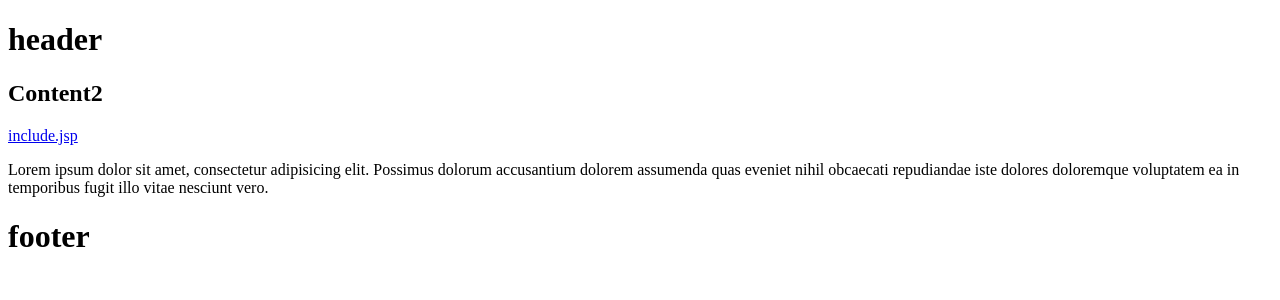
Repository: rlwi440/KH-Backend
Page: http://localhost/01_helloweb/jsp/another.jsp
An editor plug-in stored every save of this project. The page is shown before and after the next save, followed by the edit.
The browser window is 1280 px wide. The pictures show the whole page.
The page is served by Tomcat 9. Other server files are loaded and not shown.

Above is the page before, as saved 2021-03-24 12:38:04.

### Web_server/web_server_Workspace/01_helloweb/WebContent/jsp/another.jsp
<%@ page language="java" contentType="text/html; charset=UTF-8"
    pageEncoding="UTF-8"%>
<%@ include file="/jsp/header.jsp" %>

		<h1>Content2</h1>
		<a href="/web/jsp/include.jsp">include.jsp</a>
		<p>Lorem ipsum dolor sit amet, consectetur adipisicing elit. Possimus dolorum accusantium dolorem assumenda quas eveniet nihil obcaecati repudiandae iste dolores doloremque voluptatem ea in temporibus fugit illo vitae nesciunt vero.</p>

<%@ include file="/jsp/footer.jsp" %>

<!DOCTYPE html>
<html>
<head>
<meta charset="UTF-8">
<title>Insert title here</title>
</head>
<body>
</body>
</html>

### Web_server/web_server_Workspace/01_helloweb/WebContent/jsp/header.jsp
<%@ page language="java" contentType="text/html; charset=UTF-8"
    pageEncoding="UTF-8"%>
    <%
	String name = "배기원";
%>
    <!--header.jsp시작  -->
<!DOCTYPE html>
<html>
<head>
<meta charset="UTF-8">
<title>JSP </title>
<script src="http://code.jquery.com/jquery-latest.js"></script>
</head>
<body>
	<header>
	<h1>header</h1>
	</header>
	<section>
<!--header.jsp끝  -->

### Web_server/web_server_Workspace/01_helloweb/WebContent/jsp/footer.jsp
<%@ page language="java" contentType="text/html; charset=UTF-8"
    pageEncoding="UTF-8"%>
  <!--  header.jsp  시작-->
</section>
	<footer>
		<h1>footer</h1>
	</footer>
</body>
</html>
<!--  header.jsp  끝-->

After the next save:
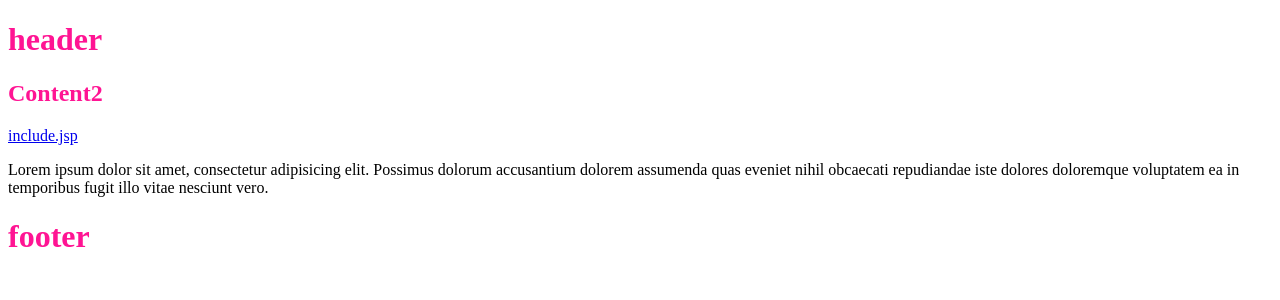
Saved 64 s later.
--- a/Web_server/web_server_Workspace/01_helloweb/WebContent/jsp/another.jsp
+++ b/Web_server/web_server_Workspace/01_helloweb/WebContent/jsp/another.jsp
@@ -5,7 +5,6 @@
 		<h1>Content2</h1>
 		<a href="/web/jsp/include.jsp">include.jsp</a>
 		<p>Lorem ipsum dolor sit amet, consectetur adipisicing elit. Possimus dolorum accusantium dolorem assumenda quas eveniet nihil obcaecati repudiandae iste dolores doloremque voluptatem ea in temporibus fugit illo vitae nesciunt vero.</p>
-
 <%@ include file="/jsp/footer.jsp" %>
 
 <!DOCTYPE html>
@@ -13,6 +12,12 @@
 <head>
 <meta charset="UTF-8">
 <title>Insert title here</title>
+<script>
+		$(function () {
+			$("h1").css("color","deeppink");
+		});
+
+		</script>
 </head>
 <body>
 </body>

After the save that followed:
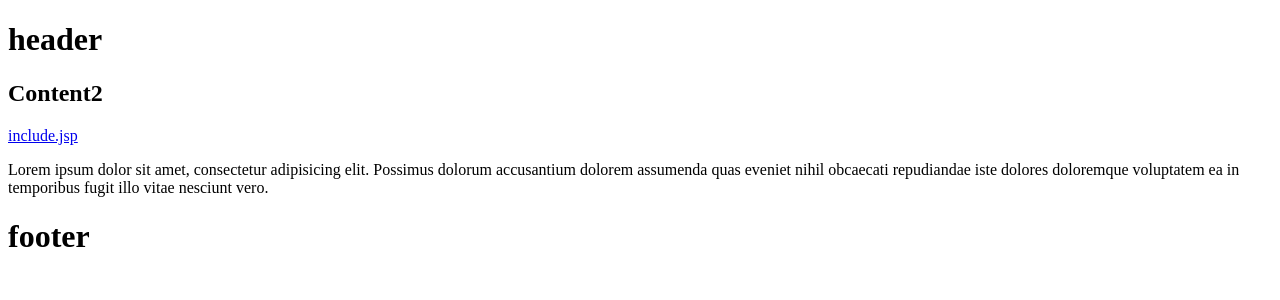
Saved 28 s later.
--- a/Web_server/web_server_Workspace/01_helloweb/WebContent/jsp/another.jsp
+++ b/Web_server/web_server_Workspace/01_helloweb/WebContent/jsp/another.jsp
@@ -14,7 +14,7 @@
 <title>Insert title here</title>
 <script>
 		$(function () {
-			$("h1").css("color","deeppink");
+			$("h1").css("color","deepblue");
 		});
 
 		</script>
